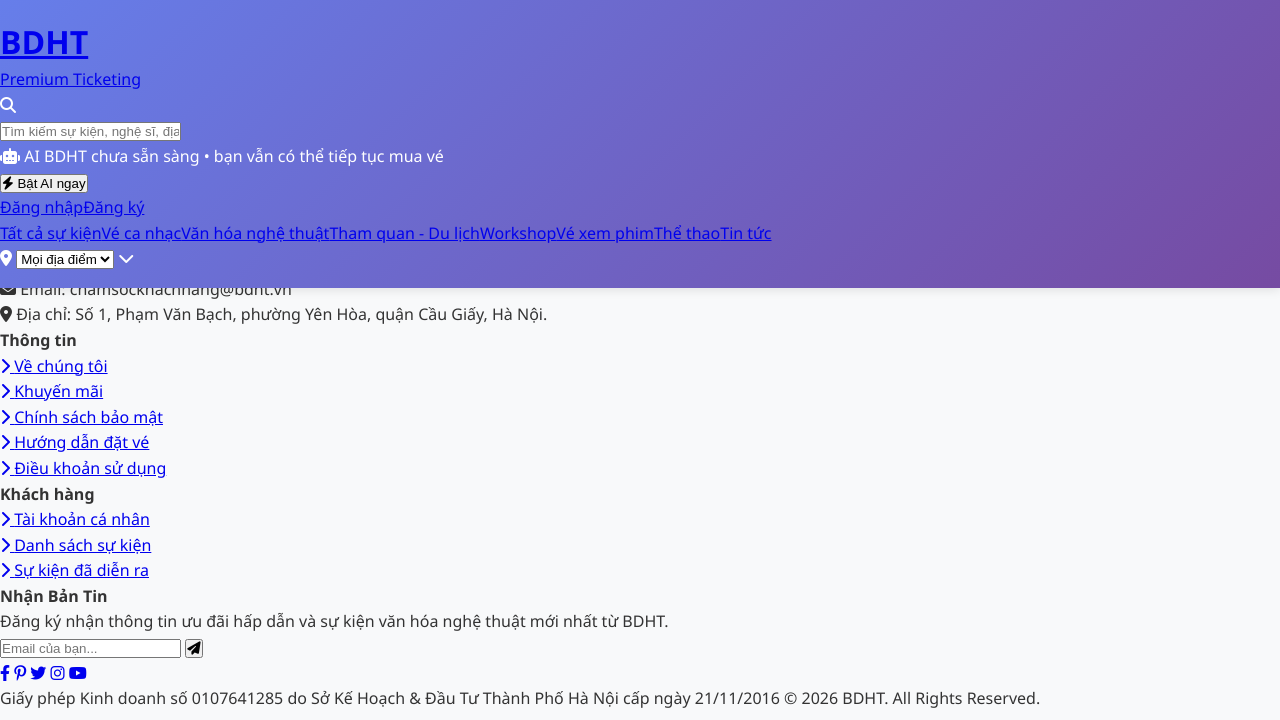
Repository: Vu-Tien-Duc/K23CNT3_VuTienDuc_Project4_EventTicket
Page: EventTicket_BDHT_Project/frontend-web/pages/user/info.html
These files come from the project's save history. The page is drawn as it stood at one moment and after the next save; the edit follows.
The browser window is 1280 px wide. The pictures show the whole page.
The page's requests for data from a server got no answer. Some web libraries are served in a nearby version.

Above is the page before, as saved 2026-05-24 17:30:09.

### EventTicket_BDHT_Project/frontend-web/pages/user/info.html
<!DOCTYPE html>
<html lang="vi">
<head>
    <meta charset="UTF-8">
    <meta name="viewport" content="width=device-width, initial-scale=1.0">
    <title>BDHT - Thông tin</title>
    <link rel="stylesheet" href="../../assets/css/style.css">
    <link rel="stylesheet" href="https://cdnjs.cloudflare.com/ajax/libs/font-awesome/6.4.0/css/all.min.css">
</head>
<body>
    <div id="header-container"></div>
    <main class="container" style="padding: 40px 0;">
        <section class="info-section">
            <h1 id="info-title">Thông tin BDHT</h1>
            <div id="info-content" style="margin-top: 24px; line-height: 1.8; color: #333;"></div>
        </section>
    </main>
    <div id="footer-container"></div>

    <script src="../../assets/js/core/api-client.js"></script>
    <script>
        document.addEventListener('DOMContentLoaded', function() {
            window.pageUtils.loadHeader();
            window.pageUtils.loadFooter();
            renderInfoPage();
        });

        function getQueryParam(name) {
            return new URLSearchParams(window.location.search).get(name);
        }

        function renderInfoPage() {
            const topic = getQueryParam('topic') || 'about';
            const infoTitle = document.getElementById('info-title');
            const infoContent = document.getElementById('info-content');

            const pages = {
                about: {
                    title: 'Về chúng tôi',
                    content: '<p>BDHT là nền tảng đặt vé sự kiện trực tuyến hàng đầu, cung cấp vé ca nhạc, thể thao, giải trí và du lịch với trải nghiệm nhanh chóng, an toàn và tiện lợi.</p><p>Chúng tôi luôn nỗ lực mang tới các chương trình hấp dẫn và dịch vụ chăm sóc khách hàng tận tâm.</p>'
                },
                privacy: {
                    title: 'Chính sách bảo mật và các điều khoản',
                    content: '<p>Chúng tôi cam kết bảo mật thông tin cá nhân của khách hàng và chỉ sử dụng dữ liệu để phục vụ dịch vụ đặt vé.</p><p>Thông tin của bạn sẽ không được chia sẻ cho bên thứ ba khi chưa có sự đồng ý.</p>'
                },
                'how-to-book': {
                    title: 'Hướng dẫn đặt vé',
                    content: '<ol><li>Chọn sự kiện yêu thích.</li><li>Chọn loại vé và số lượng.</li><li>Hoàn tất thanh toán và nhận mã vé qua email.</li></ol>'
                },
                faq: {
                    title: 'Các câu hỏi thường gặp',
                    content: '<p><strong>Q:</strong> Tôi có thể đổi trả vé không?<br><strong>A:</strong> Vé đã mua thường không đổi trả trừ khi có thông báo khác từ nhà tổ chức.</p><p><strong>Q:</strong> Làm sao nhận được vé?<br><strong>A:</strong> Vé sẽ được gửi qua email hoặc mã QR hiển thị trong app.</p>'
                },
                terms: {
                    title: 'Chính sách điều khoản sử dụng',
                    content: '<p>Việc sử dụng dịch vụ BDHT đồng nghĩa với việc bạn đồng ý tuân thủ các điều khoản và điều kiện của chúng tôi.</p><p>Xin vui lòng đọc kỹ trước khi đặt vé.</p>'
                },
                'submit-event': {
                    title: 'Gửi sự kiện',
                    content: '<p>Nếu bạn là nhà tổ chức và muốn hợp tác, hãy gửi thông tin sự kiện cho BDHT để được hỗ trợ triển khai bán vé.</p>'
                },
                'past-events': {
                    title: 'Sự kiện đã diễn ra',
                    content: '<p>Danh sách các sự kiện đã kết thúc. Thông tin vé và hình ảnh sự kiện sẽ được lưu trữ để bạn tham khảo.</p>'
                }
            };

            const page = pages[topic] || pages.about;
            infoTitle.innerText = page.title;
            infoContent.innerHTML = page.content;
        }
    </script>
</body>
</html>

### EventTicket_BDHT_Project/frontend-web/assets/css/style.css
/* EventTicket Frontend Styles */

/* Reset and Base Styles */
* {
    margin: 0;
    padding: 0;
    box-sizing: border-box;
}

body {
    font-family: 'Segoe UI', Tahoma, Geneva, Verdana, sans-serif;
    line-height: 1.6;
    color: #333;
    background-color: #f8f9fa;
}

header {
    background: linear-gradient(135deg, #667eea 0%, #764ba2 100%);
    color: white;
    padding: 1rem 0;
    position: fixed;
    width: 100%;
    top: 0;
    z-index: 1000;
    box-shadow: 0 2px 10px rgba(0,0,0,0.1);
}

main {
    margin-top: 80px;
    padding: 2rem;
    max-width: 1200px;
    margin-left: auto;
    margin-right: auto;
}

.container {
    max-width: 1200px;
    margin: 0 auto;
    padding: 0 1rem;
}

.btn {
    background: #667eea;
    color: white;
    padding: 0.75rem 1.5rem;
    border: none;
    border-radius: 5px;
    cursor: pointer;
    font-size: 1rem;
    transition: background 0.3s;
}

.btn:hover {
    background: #5a67d8;
}

.btn-danger {
    background: #e53e3e;
}

.btn-danger:hover {
    background: #c53030;
}

.card {
    background: white;
    border-radius: 10px;
    box-shadow: 0 4px 6px rgba(0,0,0,0.1);
    padding: 1.5rem;
    margin-bottom: 1.5rem;
}

.event-card {
    display: flex;
    gap: 1.5rem;
    margin-bottom: 2rem;
    padding: 1.5rem;
    border-radius: 10px;
    background: white;
    box-shadow: 0 4px 12px rgba(0,0,0,0.1);
    transition: transform 0.3s, box-shadow 0.3s;
}

.event-card:hover {
    transform: translateY(-5px);
    box-shadow: 0 8px 25px rgba(0,0,0,0.15);
}

/* Responsive */
@media (max-width: 768px) {
    .event-card {
        flex-direction: column;
    }

    main {
        padding: 1rem;
    }
}

/* Loading Spinner */
.loading {
    display: inline-block;
    width: 20px;
    height: 20px;
    border: 3px solid #f3f3f3;
    border-top: 3px solid #667eea;
    border-radius: 50%;
    animation: spin 1s linear infinite;
}

@keyframes spin {
    0% { transform: rotate(0deg); }
    100% { transform: rotate(360deg); }
}

### EventTicket_BDHT_Project/frontend-web/components/header.html
<!-- Header Component -->
<header class="w-full">
    <!-- Top Bar -->
    <div class="max-w-7xl mx-auto px-6 h-20 flex items-center justify-between gap-8">

        <!-- Logo -->
        <a href="pages/index.html" class="flex flex-col flex-shrink-0 group">
            <h1
                class="text-2xl font-extrabold text-gray-900 tracking-tight group-hover:text-brand-purple transition-colors">
                BDHT</h1>
            <p class="text-[9px] font-bold text-gray-400 uppercase tracking-widest mt-0.5" data-i18n="header.subtitle">
                Premium Ticketing</p>
        </a>

        <!-- Search -->
        <div class="hidden md:flex flex-1 max-w-xl">
            <div class="relative w-full group">
                <div class="absolute inset-y-0 left-0 pl-4 flex items-center pointer-events-none">
                    <i class="fas fa-search text-gray-400 group-focus-within:text-brand-purple transition-colors"></i>
                </div>
                <input id="header-search-keyword" type="text" placeholder="Tìm kiếm sự kiện, nghệ sĩ, địa điểm..." data-i18n="header.search_placeholder"
                    class="w-full pl-10 pr-4 py-2.5 bg-gray-50 border border-transparent rounded-full text-sm font-medium text-gray-900 focus:bg-white focus:border-gray-200 focus:ring-4 focus:ring-gray-100 outline-none transition-all duration-300">
            </div>
        </div>

        <!-- User Actions & Language -->
        <div class="flex items-center gap-6">
            <div class="hidden md:block">
                <div class="ai-status-shell rounded-full bg-gradient-to-r from-amber-200 via-orange-200 to-rose-200 p-[1px] shadow-[0_0_24px_rgba(251,191,36,0.32)] transition-all duration-300">
                    <div id="header-ai-status-pill"
                        class="hidden md:flex items-center gap-3 rounded-full border border-amber-200 bg-amber-50 px-3 py-1.5 text-[11px] font-bold text-amber-700 shadow-sm whitespace-nowrap">
                        <div class="flex items-center gap-2">
                            <span id="header-ai-status-dot" class="inline-block h-2 w-2 rounded-full bg-amber-500 animate-pulse"></span>
                            <span class="inline-flex items-center gap-1.5">
                                <i class="fas fa-robot text-[10px]"></i>
                                <span id="header-ai-status-text">Đang kiểm tra trợ lý AI...</span>
                            </span>
                        </div>
                        <button id="header-ai-cta" type="button"
                            class="hidden group items-center gap-1 rounded-full bg-gradient-to-r from-amber-400 via-orange-400 to-rose-400 px-2.5 py-1 text-[10px] font-bold text-slate-950 shadow-[0_8px_20px_rgba(249,115,22,0.28)] transition-all duration-300 hover:scale-105 hover:-translate-y-0.5">
                            <span class="inline-flex h-4 w-4 items-center justify-center rounded-full bg-slate-950/10">
                                <i class="fas fa-bolt text-[9px]"></i>
                            </span>
                            <span>Bật AI ngay</span>
                        </button>
                    </div>
                </div>
            </div>

            <div class="w-px h-6 bg-gray-200"></div>

            <!-- Auth Buttons -->
            <div id="guest-menu" class="flex items-center gap-3">
                <a href="pages/user/login.html" data-i18n="header.login"
                    class="text-sm font-bold text-gray-600 hover:text-gray-900 transition-colors px-2">Đăng nhập</a>
                <a href="pages/user/register.html" data-i18n="header.register"
                    class="bg-gray-900 hover:bg-brand-purple text-white text-sm font-bold px-5 py-2.5 rounded-full transition-all duration-300 hover:shadow-lg hover:-translate-y-0.5 active:translate-y-0">Đăng
                    ký</a>
            </div>

            <!-- User Menu (Hidden by default) -->
            <div id="user-menu" style="display: none;" class="relative items-center gap-3">
                <button type="button" id="user-dropdown-trigger"
                    class="flex items-center gap-3 outline-none border-none bg-transparent cursor-pointer group">
                    <span id="header-user-display-name"
                        class="text-sm font-bold text-gray-700 leading-tight group-hover:text-brand-purple transition-colors">User
                        Name</span>
                    <div id="header-user-avatar-char"
                        class="w-10 h-10 rounded-full bg-gradient-to-r from-brand-purple to-indigo-500 text-white font-extrabold text-sm flex items-center justify-center shadow-md group-hover:shadow-lg transition-all">
                        U
                    </div>
                    <i
                        class="fas fa-chevron-down text-[10px] text-gray-400 group-hover:text-brand-purple transition-colors"></i>
                </button>

                <!-- Dropdown Menu -->
                <div id="user-dropdown-menu"
                    class="hidden absolute right-0 top-12 w-56 bg-white border border-gray-100 rounded-2xl shadow-[0_10px_40px_rgba(0,0,0,0.08)] z-[100] py-2 flex flex-col overflow-hidden">
                    <a href="pages/user/profile.html"
                        class="px-5 py-3 text-sm font-bold text-gray-600 hover:bg-gray-50 hover:text-brand-purple transition-colors flex items-center gap-3">
                        <i class="far fa-user w-5 text-center text-gray-400"></i> <span data-i18n="header.profile">Hồ sơ
                            cá nhân</span>
                    </a>
                    <a href="pages/user/dashboard.html"
                        class="px-5 py-3 text-sm font-bold text-gray-600 hover:bg-gray-50 hover:text-brand-purple transition-colors flex items-center gap-3">
                        <i class="fas fa-ticket-alt w-5 text-center text-gray-400"></i> <span
                            data-i18n="header.my_events">Sự kiện của bạn</span>
                    </a>
                    <div class="h-px bg-gray-100 my-1 mx-3"></div>
                    <a href="javascript:void(0);" id="btn-logout"
                        class="px-5 py-3 text-sm font-bold text-red-500 hover:bg-red-50 transition-colors flex items-center gap-3">
                        <i class="fas fa-sign-out-alt w-5 text-center"></i> <span data-i18n="header.logout">Đăng
                            xuất</span>
                    </a>
                </div>
            </div>

        </div>
    </div>

    <!-- Navigation Bar -->
    <div class="bg-brand-purple w-full border-t border-purple-800/30">
        <div class="max-w-7xl mx-auto px-6 h-14 flex items-center justify-between">
            <div id="header-category-nav" class="flex items-center gap-8 overflow-x-auto scrollbar-hide">
                <span class="text-sm font-bold text-white/90">Đang tải danh mục...</span>
            </div>

            <div class="hidden lg:flex items-center gap-2 bg-white/10 px-4 py-1.5 rounded-full border border-white/20">
                <i class="fas fa-map-marker-alt text-white/70 text-xs"></i>
                <select id="header-location-filter"
                    class="bg-transparent text-white text-xs font-bold outline-none border-none cursor-pointer appearance-none pr-4 relative">
                    <option value="">Mọi địa điểm</option>
                </select>
                <i class="fas fa-chevron-down text-white/50 text-[10px] absolute right-4 pointer-events-none"></i>
            </div>
        </div>
    </div>
</header>

### EventTicket_BDHT_Project/frontend-web/components/footer.html
<footer class="bg-[#18182E] text-slate-350 border-t border-slate-800/80 pt-16 pb-8 transition-colors">
    <div class="max-w-7xl mx-auto px-6">
        <!-- 4-Column Grid Structure -->
        <div class="grid grid-cols-1 md:grid-cols-4 gap-8 md:gap-12 pb-12">

            <!-- Column 1: Liên Hệ Hợp Tác -->
            <div class="flex flex-col gap-4">
                <h4 class="text-xs font-black uppercase text-brand-orange tracking-widest border-b border-slate-800 pb-2" data-i18n="footer.col_contact_title">
                    Liên Hệ Hợp Tác
                </h4>
                <ul class="flex flex-col gap-2.5 text-xs text-slate-300 font-medium">
                    <li class="flex items-start gap-2">
                        <i class="fas fa-phone-alt text-brand-orange mt-0.5"></i>
                        <span data-i18n="footer.phone">Điện thoại: 0243.788.00.99 (8:30 - 17:00)</span>
                    </li>
                    <li class="flex items-start gap-2">
                        <i class="fas fa-headset text-brand-orange mt-0.5"></i>
                        <span data-i18n="footer.hotline">Hotline: 08.999.80.818</span>
                    </li>
                    <li class="flex items-start gap-2">
                        <i class="fas fa-envelope text-brand-orange mt-0.5"></i>
                        <span class="hover:text-brand-orange transition cursor-pointer" data-i18n="footer.email">Email: chamsockhachhang@bdht.vn</span>
                    </li>
                    <li class="flex items-start gap-2">
                        <i class="fas fa-map-marker-alt text-brand-orange mt-0.5"></i>
                        <span class="leading-relaxed" data-i18n="footer.address">Địa chỉ: Số 1, Phạm Văn Bạch, phường Yên Hòa, quận Cầu Giấy, Hà Nội.</span>
                    </li>
                </ul>
            </div>

            <!-- Column 2: Thông tin -->
            <div class="flex flex-col gap-4">
                <h4 class="text-xs font-black uppercase text-brand-orange tracking-widest border-b border-slate-800 pb-2" data-i18n="footer.col_info_title">
                    Thông tin
                </h4>
                <ul class="flex flex-col gap-2.5 text-xs font-medium text-slate-300">
                    <li>
                        <a href="pages/user/info.html?topic=about" class="hover:text-brand-orange transition-all duration-250 flex items-center gap-1.5 group">
                            <i class="fas fa-chevron-right text-[8px] text-slate-600 group-hover:text-brand-orange transition-colors"></i>
                            <span data-i18n="footer.info_about">Về chúng tôi</span>
                        </a>
                    </li>
                    <li>
                        <a href="pages/user/promotion.html" class="hover:text-brand-orange transition-all duration-250 flex items-center gap-1.5 group">
                            <i class="fas fa-chevron-right text-[8px] text-slate-600 group-hover:text-brand-orange transition-colors"></i>
                            <span data-i18n="footer.info_promo">Khuyến mãi</span>
                        </a>
                    </li>
                    <li>
                        <a href="pages/user/info.html?topic=privacy" class="hover:text-brand-orange transition-all duration-250 flex items-center gap-1.5 group">
                            <i class="fas fa-chevron-right text-[8px] text-slate-600 group-hover:text-brand-orange transition-colors"></i>
                            <span data-i18n="footer.info_privacy">Chính sách bảo mật</span>
                        </a>
                    </li>
                    <li>
                        <a href="pages/user/info.html?topic=how-to-book" class="hover:text-brand-orange transition-all duration-250 flex items-center gap-1.5 group">
                            <i class="fas fa-chevron-right text-[8px] text-slate-600 group-hover:text-brand-orange transition-colors"></i>
                            <span data-i18n="footer.info_guide">Hướng dẫn đặt vé</span>
                        </a>
                    </li>
                    <li>
                        <a href="pages/user/info.html?topic=terms" class="hover:text-brand-orange transition-all duration-250 flex items-center gap-1.5 group">
                            <i class="fas fa-chevron-right text-[8px] text-slate-600 group-hover:text-brand-orange transition-colors"></i>
                            <span data-i18n="footer.info_terms">Điều khoản sử dụng</span>
                        </a>
                    </li>
                </ul>
            </div>

            <!-- Column 3: Khách hàng -->
            <div class="flex flex-col gap-4">
                <h4 class="text-xs font-black uppercase text-brand-orange tracking-widest border-b border-slate-800 pb-2" data-i18n="footer.col_customer_title">
                    Khách hàng
                </h4>
                <ul class="flex flex-col gap-2.5 text-xs font-medium text-slate-300">
                    <li>
                        <a href="pages/user/profile.html" class="hover:text-brand-orange transition-all duration-250 flex items-center gap-1.5 group">
                            <i class="fas fa-chevron-right text-[8px] text-slate-600 group-hover:text-brand-orange transition-colors"></i>
                            <span data-i18n="footer.cust_profile">Tài khoản cá nhân</span>
                        </a>
                    </li>

                    <li>
                        <a href="pages/index.html" class="hover:text-brand-orange transition-all duration-250 flex items-center gap-1.5 group">
                            <i class="fas fa-chevron-right text-[8px] text-slate-600 group-hover:text-brand-orange transition-colors"></i>
                            <span data-i18n="footer.cust_events">Danh sách sự kiện</span>
                        </a>
                    </li>
                    <li>
                        <a href="pages/user/info.html?topic=past-events" class="hover:text-brand-orange transition-all duration-250 flex items-center gap-1.5 group">
                            <i class="fas fa-chevron-right text-[8px] text-slate-600 group-hover:text-brand-orange transition-colors"></i>
                            <span data-i18n="footer.cust_past">Sự kiện đã diễn ra</span>
                        </a>
                    </li>
                </ul>
            </div>

            <!-- Column 4: Đăng ký nhận email -->
            <div class="flex flex-col gap-4">
                <h4 class="text-xs font-black uppercase text-brand-orange tracking-widest border-b border-slate-800 pb-2" data-i18n="footer.col_newsletter_title">
                    Nhận Bản Tin
                </h4>
                <p class="text-[11px] text-slate-400 font-bold leading-normal" data-i18n="footer.newsletter_desc">
                    Đăng ký nhận thông tin ưu đãi hấp dẫn và sự kiện văn hóa nghệ thuật mới nhất từ BDHT.
                </p>
                <div class="flex items-center bg-slate-800/60 border border-slate-700/65 rounded-xl p-1 focus-within:border-brand-orange transition-all">
                    <input
                        type="email"
                        id="subscribe-email-input"
                        placeholder="Email của bạn..."
                        data-i18n-placeholder="footer.email_placeholder"
                        class="bg-transparent text-xs text-white font-medium px-2.5 py-2 w-full outline-none placeholder-slate-500"
                    />
                    <button
                        type="button"
                        id="subscribe-btn"
                        class="bg-brand-orange hover:bg-brand-orangeHover text-white w-9 h-9 flex items-center justify-center rounded-lg transition-colors flex-shrink-0"
                    >
                        <i class="fas fa-paper-plane text-xs"></i>
                    </button>
                </div>

                <!-- Social Networking Icons -->
                <div class="flex items-center gap-2 mt-2">
                    <a href="javascript:void(0);" class="w-8 h-8 rounded-lg bg-slate-800 hover:bg-[#3b5998] hover:text-white flex items-center justify-center text-xs text-slate-400 transition-all"><i class="fab fa-facebook-f"></i></a>
                    <a href="javascript:void(0);" class="w-8 h-8 rounded-lg bg-slate-800 hover:bg-[#bd081c] hover:text-white flex items-center justify-center text-xs text-slate-400 transition-all"><i class="fab fa-pinterest-p"></i></a>
                    <a href="javascript:void(0);" class="w-8 h-8 rounded-lg bg-slate-800 hover:bg-[#1da1f2] hover:text-white flex items-center justify-center text-xs text-slate-400 transition-all"><i class="fab fa-twitter"></i></a>
                    <a href="javascript:void(0);" class="w-8 h-8 rounded-lg bg-slate-800 hover:bg-[#c32aa3] hover:text-white flex items-center justify-center text-xs text-slate-400 transition-all"><i class="fab fa-instagram"></i></a>
                    <a href="javascript:void(0);" class="w-8 h-8 rounded-lg bg-slate-800 hover:bg-[#ff0000] hover:text-white flex items-center justify-center text-xs text-slate-400 transition-all"><i class="fab fa-youtube"></i></a>
                </div>
            </div>

        </div>

        <!-- License & Copyright Block -->
        <div class="border-t border-slate-800/80 pt-8 flex flex-col md:flex-row items-center justify-between gap-4">
            <span class="text-[10px] text-slate-500 font-bold tracking-wide uppercase text-center md:text-left leading-relaxed" data-i18n="footer.license">
                Giấy phép Kinh doanh số 0107641285 do Sở Kế Hoạch & Đầu Tư Thành Phố Hà Nội cấp ngày 21/11/2016
            </span>
            <span class="text-[10px] text-slate-550 font-extrabold uppercase text-center md:text-right">
                &copy; 2026 BDHT. All Rights Reserved.
            </span>
        </div>
    </div>
</footer>

Loaded but not shown: EventTicket_BDHT_Project/frontend-web/assets/js/ai-chat.js (660 lines, source omitted); EventTicket_BDHT_Project/frontend-web/assets/js/core/api-client.js (631 lines, source omitted)

After the next save:
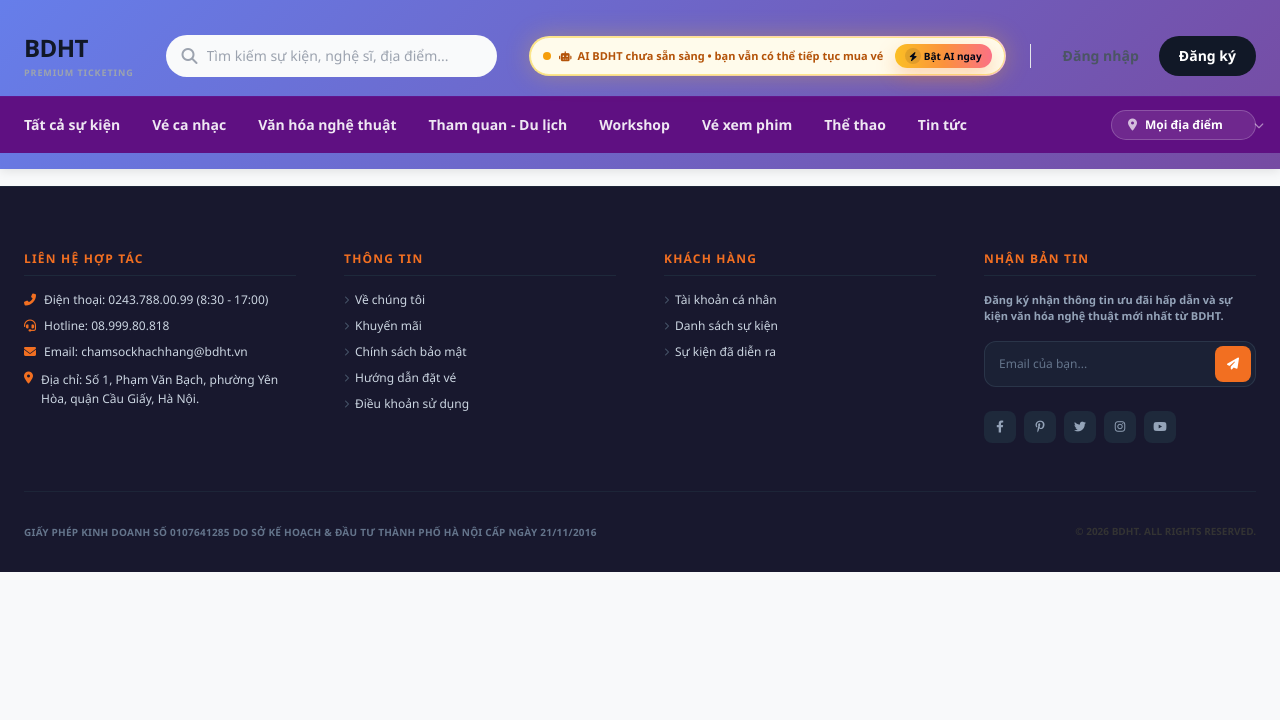
Saved 31 s later.
--- a/EventTicket_BDHT_Project/frontend-web/pages/user/info.html
+++ b/EventTicket_BDHT_Project/frontend-web/pages/user/info.html
@@ -4,6 +4,19 @@
     <meta charset="UTF-8">
     <meta name="viewport" content="width=device-width, initial-scale=1.0">
     <title>BDHT - Thông tin</title>
+    <!-- Tailwind CSS CDN -->
+    <script src="https://cdn.tailwindcss.com"></script>
+    <script>
+        tailwind.config = {
+            theme: {
+                extend: {
+                    colors: { brand: { purple: '#5f1082', orange: '#f26f21' } },
+                    fontFamily: { sans: ['Poppins', 'sans-serif'] }
+                }
+            }
+        }
+    </script>
+    <link href="https://fonts.googleapis.com/css2?family=Poppins:wght@300;400;500;600;700;800;900&display=swap" rel="stylesheet">
     <link rel="stylesheet" href="../../assets/css/style.css">
     <link rel="stylesheet" href="https://cdnjs.cloudflare.com/ajax/libs/font-awesome/6.4.0/css/all.min.css">
 </head>
